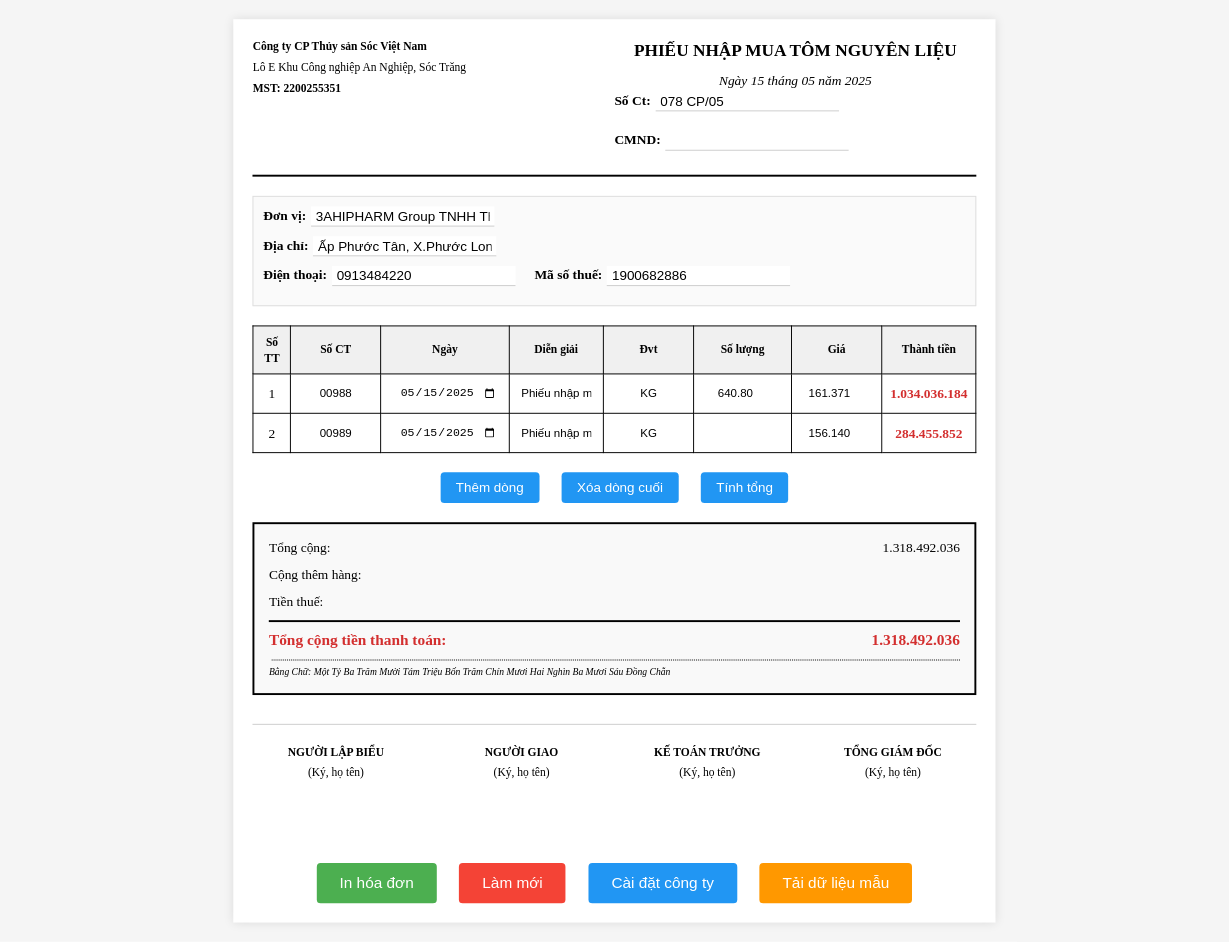
Repository: manhtuong0503/tom-nguyen-lieu
Page: index.html
The author's editor kept a copy of each file at every save. The page is drawn from the files as they stood at one save, then again after the next save.
The browser window is 1280 px wide. The pictures show the whole page, at 96% of full size.

Above is the page before, as saved 2025-07-30 22:24:37.

### index.html
<!DOCTYPE html>
<html lang="vi">
<head>
    <meta charset="UTF-8">
    <meta name="viewport" content="width=device-width, initial-scale=1.0">
    <title>Phiếu Nhập Mua Tôm Nguyên Liệu</title>
    <link rel="stylesheet" href="style.css">
</head>
<body>
    <div class="container">
        <div class="header">
            <div class="company-info">
                <p><strong>Công ty CP Thủy sản Sóc Việt Nam</strong></p>
                <p>Lô E Khu Công nghiệp An Nghiệp, Sóc Trăng</p>
                <p><strong>MST: 2200255351</strong></p>
            </div>
            <div class="document-info">
                <h2>PHIẾU NHẬP MUA TÔM NGUYÊN LIỆU</h2>
                <p><em>Ngày 15 tháng 05 năm 2025</em></p>
                <div class="form-row">
                    <label>Số Ct: <input type="text" id="soCt" value="078 CP/05"></label>
                    <label>CMND: <input type="text" id="cmnd"></label>
                </div>
            </div>
        </div>

        <div class="form-section">
            <div class="form-row">
                <label>Đơn vị: <input type="text" id="donVi" placeholder="Nhập đơn vị"></label>
            </div>
            <div class="form-row">
                <label>Địa chỉ: <input type="text" id="diaChi" placeholder="Nhập địa chỉ"></label>
            </div>
            <div class="form-row">
                <label>Điện thoại: <input type="text" id="dienThoai" placeholder="Nhập số điện thoại"></label>
                <label>Mã số thuế: <input type="text" id="maSoThue" placeholder="Nhập mã số thuế"></label>
            </div>
        </div>

        <table class="invoice-table">
            <thead>
                <tr>
                    <th>Số TT</th>
                    <th>Số CT</th>
                    <th>Ngày</th>
                    <th>Diễn giải</th>
                    <th>Đvt</th>
                    <th>Số lượng</th>
                    <th>Giá</th>
                    <th>Thành tiền</th>
                </tr>
            </thead>
            <tbody id="invoice-items">
                <tr>
                    <td>1</td>
                    <td><input type="text" class="item-input" name="soCt"></td>
                    <td><input type="date" class="item-input" name="ngay"></td>
                    <td><input type="text" class="item-input" name="dienGiai" placeholder="Phiếu nhập mua tôm nguyên liệu"></td>
                    <td><input type="text" class="item-input" name="dvt" placeholder="KG"></td>
                    <td><input type="number" class="item-input" name="soLuong" step="0.01" onchange="calculateRowTotal(this)"></td>
                    <td><input type="number" class="item-input" name="gia" step="0.01" onchange="calculateRowTotal(this)"></td>
                    <td class="thanh-tien">0</td>
                </tr>
            </tbody>
        </table>

        <div class="action-buttons">
            <button type="button" onclick="addRow()">Thêm dòng</button>
            <button type="button" onclick="removeRow()">Xóa dòng cuối</button>
            <button type="button" onclick="calculateTotal()">Tính tổng</button>
        </div>

        <div class="totals-section">
            <div class="totals-row">
                <span>Tổng cộng:</span>
                <span id="tong-cong">0</span>
            </div>
            <div class="totals-row">
                <span>Cộng thêm hàng:</span>
                <span id="cong-them-hang">0</span>
            </div>
            <div class="totals-row">
                <span>Tiền thuế:</span>
                <span id="tien-thue">0</span>
            </div>
            <div class="totals-row total-final">
                <span>Tổng cộng tiền thanh toán:</span>
                <span id="tong-thanh-toan">0</span>
            </div>
        </div>

        <div class="signatures">
            <div class="signature-section">
                <p><strong>NGƯỜI LẬP BIỂU</strong></p>
                <p>(Ký, họ tên)</p>
                <br><br><br>
            </div>
            <div class="signature-section">
                <p><strong>NGƯỜI GIAO</strong></p>
                <p>(Ký, họ tên)</p>
                <br><br><br>
            </div>
            <div class="signature-section">
                <p><strong>KẾ TOÁN TRƯỞNG</strong></p>
                <p>(Ký, họ tên)</p>
                <br><br><br>
            </div>
            <div class="signature-section">
                <p><strong>TỔNG GIÁM ĐỐC</strong></p>
                <p>(Ký, họ tên)</p>
                <br><br><br>
            </div>
        </div>

        <div class="print-buttons">
            <button type="button" onclick="printInvoice()" class="print-btn">In hóa đơn</button>
            <button type="button" onclick="clearForm()" class="clear-btn">Làm mới</button>
            <button type="button" onclick="showConfigModal()" class="config-btn">Cài đặt công ty</button>
            <button type="button" onclick="loadSampleData()" class="sample-btn">Tải dữ liệu mẫu</button>
        </div>
    </div>

    <!-- Modal cài đặt -->
    <div id="configModal" class="modal">
        <div class="modal-content">
            <div class="modal-header">
                <h3>Cài đặt thông tin công ty</h3>
                <span class="close" onclick="closeConfigModal()">&times;</span>
            </div>
            <div class="modal-body">
                <div class="config-section">
                    <h4>Thông tin công ty</h4>
                    <div class="config-row">
                        <label>Tên công ty:</label>
                        <input type="text" id="config-company-name" />
                    </div>
                    <div class="config-row">
                        <label>Địa chỉ:</label>
                        <input type="text" id="config-company-address" />
                    </div>
                    <div class="config-row">
                        <label>Mã số thuế:</label>
                        <input type="text" id="config-company-tax" />
                    </div>
                    <div class="config-row">
                        <label>Điện thoại:</label>
                        <input type="text" id="config-company-phone" />
                    </div>
                </div>

                <div class="config-section">
                    <h4>Cài đặt phiếu</h4>
                    <div class="config-row">
                        <label>Tiêu đề phiếu:</label>
                        <input type="text" id="config-doc-title" />
                    </div>
                    <div class="config-row">
                        <label>Số chứng từ mặc định:</label>
                        <input type="text" id="config-doc-code" />
                    </div>
                    <div class="config-row">
                        <label>Đơn vị tính mặc định:</label>
                        <input type="text" id="config-default-unit" />
                    </div>
                </div>

                <div class="config-section">
                    <h4>Thông tin khách hàng mặc định</h4>
                    <div class="config-row">
                        <label>Tên khách hàng:</label>
                        <input type="text" id="config-customer-name" />
                    </div>
                    <div class="config-row">
                        <label>Địa chỉ khách hàng:</label>
                        <input type="text" id="config-customer-address" />
                    </div>
                    <div class="config-row">
                        <label>Điện thoại khách hàng:</label>
                        <input type="text" id="config-customer-phone" />
                    </div>
                    <div class="config-row">
                        <label>Mã số thuế khách hàng:</label>
                        <input type="text" id="config-customer-tax" />
                    </div>
                </div>
            </div>
            <div class="modal-footer">
                <button type="button" onclick="saveConfig()" class="save-btn">Lưu cài đặt</button>
                <button type="button" onclick="resetConfig()" class="reset-btn">Khôi phục mặc định</button>
                <button type="button" onclick="closeConfigModal()" class="cancel-btn">Hủy</button>
            </div>
        </div>
    </div>

    <script src="script.js"></script>
</body>
</html>

### style.css
* {
    margin: 0;
    padding: 0;
    box-sizing: border-box;
}

body {
    font-family: 'Times New Roman', serif;
    font-size: 14px;
    line-height: 1.4;
    background-color: #f5f5f5;
    padding: 20px;
}

.container {
    max-width: 210mm;
    background: white;
    margin: 0 auto;
    padding: 20px;
    box-shadow: 0 0 10px rgba(0,0,0,0.1);
}

.header {
    display: flex;
    justify-content: space-between;
    margin-bottom: 20px;
    border-bottom: 2px solid #000;
    padding-bottom: 15px;
}

.company-info {
    flex: 1;
    font-size: 12px;
}

.company-info p {
    margin-bottom: 5px;
}

.document-info {
    flex: 1;
    text-align: center;
}

.document-info h2 {
    font-size: 18px;
    font-weight: bold;
    margin-bottom: 10px;
    text-transform: uppercase;
}

.form-row {
    display: flex;
    gap: 20px;
    margin-bottom: 10px;
    align-items: center;
    flex-wrap: wrap;
}

.form-row label {
    display: flex;
    align-items: center;
    gap: 5px;
    font-weight: bold;
}

.form-row input {
    border: none;
    border-bottom: 1px solid #ccc;
    padding: 2px 5px;
    font-size: 14px;
    min-width: 120px;
}

.form-section {
    margin-bottom: 20px;
    padding: 10px;
    background-color: #fafafa;
    border: 1px solid #ddd;
}

.invoice-table {
    width: 100%;
    border-collapse: collapse;
    margin-bottom: 20px;
}

.invoice-table th,
.invoice-table td {
    border: 1px solid #000;
    padding: 8px;
    text-align: center;
    vertical-align: middle;
}

.invoice-table th {
    background-color: #f0f0f0;
    font-weight: bold;
    font-size: 12px;
}

.invoice-table .item-input {
    border: none;
    background: transparent;
    width: 100%;
    text-align: center;
    padding: 4px;
    font-size: 12px;
}

.invoice-table .thanh-tien {
    font-weight: bold;
    color: #d32f2f;
}

.action-buttons {
    margin-bottom: 20px;
    text-align: center;
}

.action-buttons button {
    margin: 0 10px;
    padding: 8px 16px;
    background-color: #2196F3;
    color: white;
    border: none;
    border-radius: 4px;
    cursor: pointer;
    font-size: 14px;
}

.action-buttons button:hover {
    background-color: #1976D2;
}

.totals-section {
    margin-bottom: 30px;
    border: 2px solid #000;
    padding: 15px;
    background-color: #f9f9f9;
}

.totals-row {
    display: flex;
    justify-content: space-between;
    margin-bottom: 8px;
    font-size: 14px;
}

.totals-row.total-final {
    font-weight: bold;
    font-size: 16px;
    border-top: 2px solid #000;
    padding-top: 8px;
    margin-top: 10px;
    color: #d32f2f;
}

.signatures {
    display: grid;
    grid-template-columns: repeat(4, 1fr);
    gap: 20px;
    margin-bottom: 30px;
    border-top: 1px solid #ccc;
    padding-top: 20px;
}

.signature-section {
    text-align: center;
    font-size: 12px;
}

.signature-section p {
    margin-bottom: 5px;
}

.print-buttons {
    text-align: center;
    margin-top: 20px;
    page-break-inside: avoid;
}

.print-btn, .clear-btn {
    padding: 12px 24px;
    margin: 0 10px;
    font-size: 16px;
    border: none;
    border-radius: 4px;
    cursor: pointer;
}

.print-btn {
    background-color: #4CAF50;
    color: white;
}

.print-btn:hover {
    background-color: #45a049;
}

.clear-btn {
    background-color: #f44336;
    color: white;
}

.clear-btn:hover {
    background-color: #da190b;
}

.config-btn {
    padding: 12px 24px;
    margin: 0 10px;
    font-size: 16px;
    border: none;
    border-radius: 4px;
    cursor: pointer;
    background-color: #2196F3;
    color: white;
}

.config-btn:hover {
    background-color: #1976D2;
}

.sample-btn {
    padding: 12px 24px;
    margin: 0 10px;
    font-size: 16px;
    border: none;
    border-radius: 4px;
    cursor: pointer;
    background-color: #FF9800;
    color: white;
}

.sample-btn:hover {
    background-color: #F57C00;
}

/* Modal styles */
.modal {
    display: none;
    position: fixed;
    z-index: 1000;
    left: 0;
    top: 0;
    width: 100%;
    height: 100%;
    background-color: rgba(0,0,0,0.5);
}

.modal-content {
    background-color: white;
    margin: 5% auto;
    padding: 0;
    border-radius: 8px;
    width: 80%;
    max-width: 600px;
    box-shadow: 0 4px 20px rgba(0,0,0,0.3);
}

.modal-header {
    display: flex;
    justify-content: space-between;
    align-items: center;
    padding: 20px;
    border-bottom: 1px solid #ddd;
    background-color: #f8f9fa;
    border-radius: 8px 8px 0 0;
}

.modal-header h3 {
    margin: 0;
    color: #333;
}

.close {
    font-size: 28px;
    font-weight: bold;
    cursor: pointer;
    color: #aaa;
}

.close:hover {
    color: #000;
}

.modal-body {
    padding: 20px;
    max-height: 400px;
    overflow-y: auto;
}

.config-section {
    margin-bottom: 25px;
    padding-bottom: 15px;
    border-bottom: 1px solid #eee;
}

.config-section:last-child {
    border-bottom: none;
    margin-bottom: 0;
}

.config-section h4 {
    margin: 0 0 15px 0;
    color: #2196F3;
    font-size: 16px;
}

.config-row {
    display: flex;
    margin-bottom: 10px;
    align-items: center;
}

.config-row label {
    width: 200px;
    font-weight: bold;
    color: #555;
}

.config-row input {
    flex: 1;
    padding: 8px 12px;
    border: 1px solid #ddd;
    border-radius: 4px;
    font-size: 14px;
}

.config-row input:focus {
    border-color: #2196F3;
    outline: none;
    box-shadow: 0 0 5px rgba(33, 150, 243, 0.3);
}

.modal-footer {
    padding: 15px 20px;
    border-top: 1px solid #ddd;
    background-color: #f8f9fa;
    border-radius: 0 0 8px 8px;
    text-align: right;
}

.modal-footer button {
    padding: 10px 20px;
    margin-left: 10px;
    border: none;
    border-radius: 4px;
    cursor: pointer;
    font-size: 14px;
}

.save-btn {
    background-color: #4CAF50;
    color: white;
}

.save-btn:hover {
    background-color: #45a049;
}

.reset-btn {
    background-color: #FF9800;
    color: white;
}

.reset-btn:hover {
    background-color: #F57C00;
}

.cancel-btn {
    background-color: #757575;
    color: white;
}

.cancel-btn:hover {
    background-color: #616161;
}

/* Print styles */
@media print {
    @page {
        size: A4;
        margin: 15mm;
    }

    body {
        background: white;
        padding: 0;
        font-family: 'Times New Roman', serif;
        font-size: 11px;
        line-height: 1.2;
        color: black;
    }

    .container {
        box-shadow: none;
        max-width: none;
        padding: 0;
        margin: 0;
    }

    .print-buttons,
    .action-buttons,
    .modal {
        display: none !important;
    }

    .header {
        display: block;
        margin-bottom: 15px;
        border-bottom: 1px solid #000;
        padding-bottom: 10px;
    }

    .company-info {
        float: left;
        width: 45%;
        font-size: 10px;
        line-height: 1.3;
    }

    .document-info {
        float: right;
        width: 50%;
        text-align: center;
        font-size: 11px;
    }

    .document-info h2 {
        font-size: 14px;
        font-weight: bold;
        margin: 0 0 5px 0;
        text-transform: uppercase;
    }

    .form-row {
        display: block;
        margin-bottom: 3px;
        font-size: 10px;
    }

    .form-row label {
        display: inline-block;
        margin-right: 15px;
    }

    .form-row input {
        border: none;
        border-bottom: 1px solid #000;
        background: transparent;
        font-size: 10px;
        padding: 1px 3px;
        min-width: 80px;
    }

    .form-section {
        background-color: white;
        border: 1px solid #000;
        padding: 8px;
        margin-bottom: 10px;
        font-size: 10px;
        clear: both;
    }

    .form-section .form-row {
        margin-bottom: 4px;
    }

    .form-section .form-row label {
        font-weight: bold;
        display: inline-block;
        width: 80px;
    }

    .form-section .form-row input {
        width: 250px;
        border-bottom: 1px dotted #000;
    }

    .invoice-table {
        width: 100%;
        border-collapse: collapse;
        font-size: 10px;
        margin-bottom: 10px;
    }

    .invoice-table th,
    .invoice-table td {
        border: 1px solid #000;
        padding: 3px 2px;
        text-align: center;
        vertical-align: middle;
        line-height: 1.2;
    }

    .invoice-table th {
        background-color: #f0f0f0;
        font-weight: bold;
        font-size: 9px;
        height: 25px;
    }

    .invoice-table .item-input {
        border: none;
        background: transparent;
        width: 100%;
        text-align: center;
        padding: 1px;
        font-size: 9px;
    }

    .invoice-table .thanh-tien {
        font-weight: normal;
        color: black;
        text-align: right;
        padding-right: 5px;
    }

    /* Điều chỉnh độ rộng cột */
    .invoice-table th:nth-child(1),
    .invoice-table td:nth-child(1) { width: 8%; } /* Số TT */

    .invoice-table th:nth-child(2),
    .invoice-table td:nth-child(2) { width: 12%; } /* Số CT */

    .invoice-table th:nth-child(3),
    .invoice-table td:nth-child(3) { width: 12%; } /* Ngày */

    .invoice-table th:nth-child(4),
    .invoice-table td:nth-child(4) { width: 25%; text-align: left; padding-left: 5px; } /* Diễn giải */

    .invoice-table th:nth-child(5),
    .invoice-table td:nth-child(5) { width: 8%; } /* Đvt */

    .invoice-table th:nth-child(6),
    .invoice-table td:nth-child(6) { width: 12%; } /* Số lượng */

    .invoice-table th:nth-child(7),
    .invoice-table td:nth-child(7) { width: 12%; } /* Giá */

    .invoice-table th:nth-child(8),
    .invoice-table td:nth-child(8) { width: 15%; text-align: right; padding-right: 5px; } /* Thành tiền */

    .totals-section {
        background-color: white;
        border: 1px solid #000;
        padding: 8px;
        margin-bottom: 15px;
        font-size: 10px;
    }

    .totals-row {
        display: flex;
        justify-content: space-between;
        margin-bottom: 3px;
        padding: 2px 0;
    }

    .totals-row span:first-child {
        font-weight: bold;
    }

    .totals-row span:last-child {
        text-align: right;
        min-width: 100px;
        border-bottom: 1px dotted #000;
        font-weight: normal;
    }

    .totals-row.total-final {
        font-weight: bold;
        font-size: 11px;
        border-top: 1px solid #000;
        padding-top: 5px;
        margin-top: 8px;
    }

    .totals-row.total-final span {
        font-weight: bold;
    }

    .signatures {
        display: grid;
        grid-template-columns: repeat(4, 1fr);
        gap: 15px;
        margin-top: 20px;
        page-break-inside: avoid;
    }

    .signature-section {
        text-align: center;
        font-size: 9px;
        border: none;
    }

    .signature-section p {
        margin-bottom: 3px;
        font-weight: bold;
    }

    .signature-section p:last-child {
        font-weight: normal;
        font-style: italic;
    }

    /* Thêm ghi chú bằng chữ */
    .totals-section::after {
        content: "Bằng chữ: Một triệu ba trăm mười tám nghìn bốn trăm chín mươi hai đồng chẵn";
        display: block;
        margin-top: 8px;
        font-style: italic;
        font-size: 9px;
        border-top: 1px dotted #000;
        padding-top: 5px;
    }

    /* Đảm bảo không bị cắt trang */
    .header,
    .form-section,
    .totals-section,
    .signatures {
        page-break-inside: avoid;
    }

    /* Input values hiển thị đúng khi in */
    input {
        -webkit-print-color-adjust: exact;
        print-color-adjust: exact;
    }
}

/* Responsive design */
@media (max-width: 768px) {
    .container {
        padding: 10px;
    }

    .header {
        flex-direction: column;
        text-align: center;
    }

    .form-row {
        flex-direction: column;
        gap: 10px;
    }

    .signatures {
        grid-template-columns: repeat(2, 1fr);
        gap: 15px;
    }

    .invoice-table {
        font-size: 11px;
    }

    .invoice-table th,
    .invoice-table td {
        padding: 4px 2px;
    }
}

/* Animation for adding rows */
@keyframes fadeIn {
    from { opacity: 0; }
    to { opacity: 1; }
}

.invoice-table tbody tr {
    animation: fadeIn 0.3s ease-in;
}

Loaded but not shown: config.json (91 lines, source omitted); script.js (722 lines, source omitted)

After the next save:
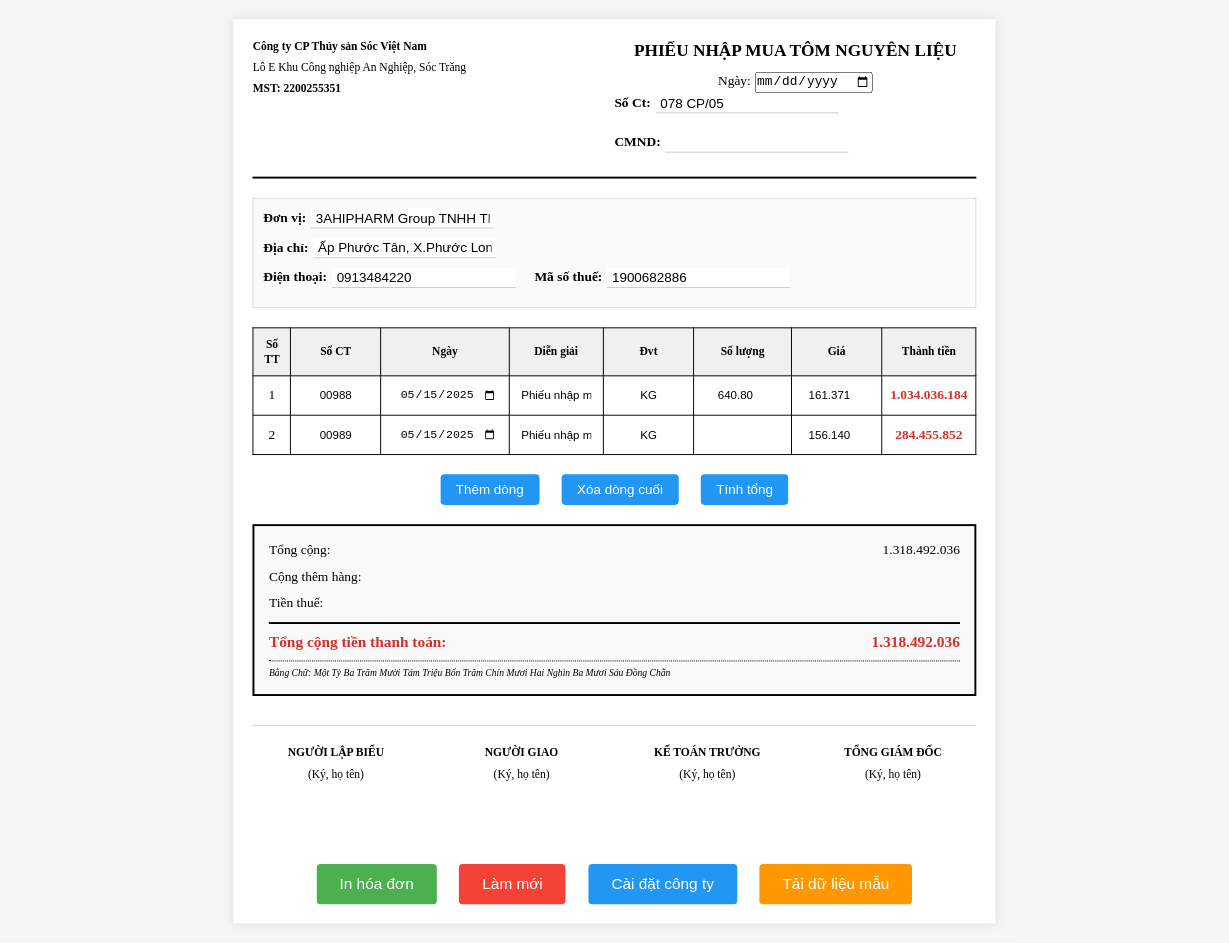
Saved 2 days later.
--- a/index.html
+++ b/index.html
@@ -16,7 +16,11 @@
             </div>
             <div class="document-info">
                 <h2>PHIẾU NHẬP MUA TÔM NGUYÊN LIỆU</h2>
-                <p><em>Ngày 15 tháng 05 năm 2025</em></p>
+                <div class="date-input-section">
+                    <label>Ngày:
+                        <input type="date" id="document-date" class="date-input">
+                    </label>
+                </div>
                 <div class="form-row">
                     <label>Số Ct: <input type="text" id="soCt" value="078 CP/05"></label>
                     <label>CMND: <input type="text" id="cmnd"></label>
